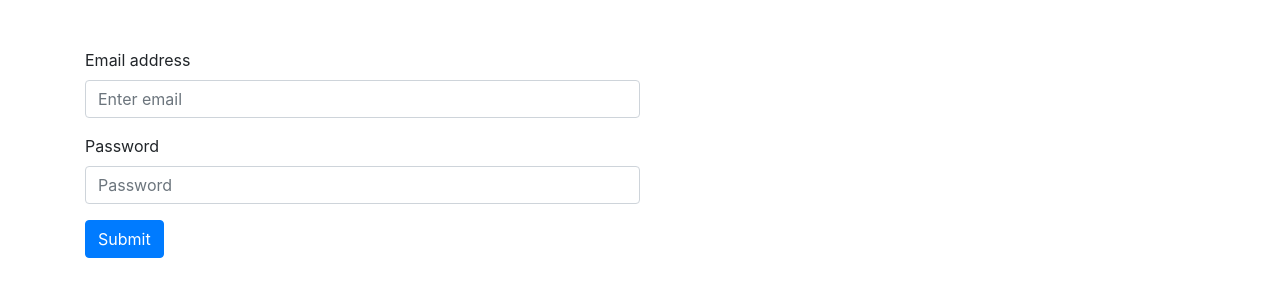
Repository: phamvuhung2710/sound-express
Page: http://localhost/download
An editor plug-in stored every save of this project. The page is shown before and after the next save, followed by the edit.
The browser window is 1280 px wide. The pictures show the whole page.
The page is served by the project's Node server (server.js).

Above is the page before, as saved 2022-08-04 22:09:20.

After the next save:
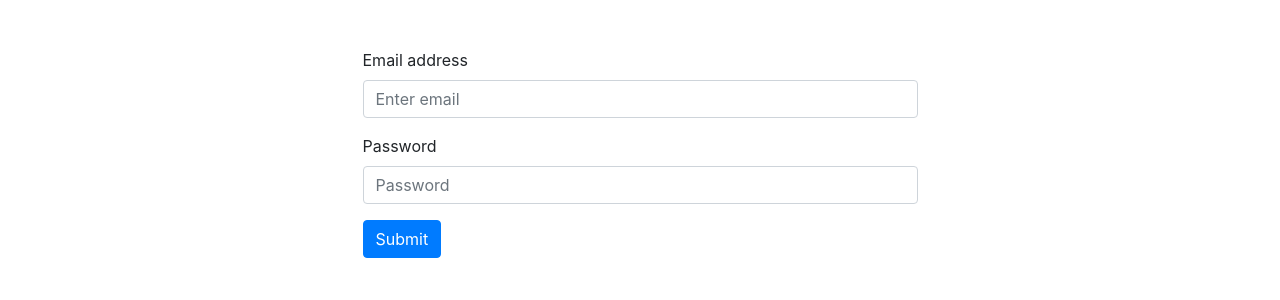
Saved 16 s later.
--- a/views/download.ejs
+++ b/views/download.ejs
@@ -14,7 +14,7 @@
   </head>
   <body>
     <div class="container">
-      <form class="mt-5" style="width: 50%">
+      <form class="mt-5 mx-auto" style="width: 50%">
         <div class="form-group">
           <label for="exampleInputEmail1">Email address</label>
           <input
